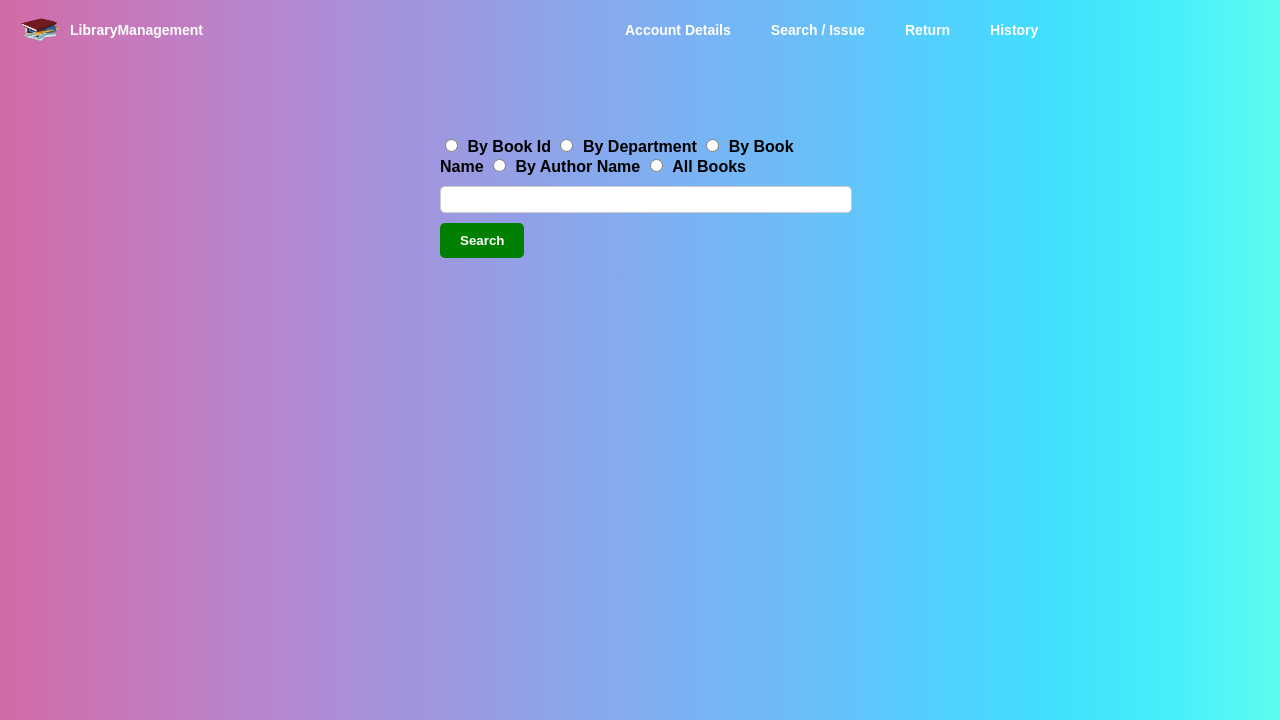
Repository: amitSai12/CMS
Page: http://localhost/LibraryManagementDemo/Search.jsp
An editor plug-in stored every save of this project. The page is shown before and after the next save, followed by the edit.
The browser window is 1280 px wide. The pictures show the whole page.
The page is served by Tomcat 9. Other server files are loaded and not shown.

Above is the page before, as saved 2023-10-01 21:51:27.

### Day1_Thu/LibraryManagementDemo/src/main/webapp/Search.jsp
<%@ page language="java" contentType="text/html; charset=ISO-8859-1"
    pageEncoding="ISO-8859-1"%>
<!DOCTYPE html>
<html>
<head>
<meta charset="ISO-8859-1">
<title>Insert title here</title>
<link rel="stylesheet" href="AllBooks.css">
</head>
<body>
<jsp:include page="Menu.jsp"/>
<br><br>
<form method="get" action="AllBooks.jsp" class="search-form">
  <input type="radio" name="searchtype" value="id" id="byId">
  <label for="byId">By Book Id</label>
  <input type="radio" name="searchtype" value="dept" id="byDept">
  <label for="byDept">By Department</label>
  <input type="radio" name="searchtype" value="bookname" id="byBookName">
  <label for="byBookName">By Book Name</label>
  <input type="radio" name="searchtype" value="authorname" id="byAuthorName">
  <label for="byAuthorName">By Author Name</label>
  <input type="radio" name="searchtype" value="all" id="allBooks">
  <label for="allBooks">All Books</label>
  <label for="searchvalue"></label>
  <input type='text' name='searchvalue' id="searchvalue">
  <input type='submit' value='Search' class="search-button">
</form>

</form>
</body>
</html>

### Day1_Thu/LibraryManagementDemo/src/main/webapp/Menu.jsp
<!DOCTYPE html PUBLIC "-//W3C//DTD HTML 4.01 Transitional//EN" "http://www.w3.org/TR/html4/loose.dtd">
<html>
<head>
<meta http-equiv="Content-Type" content="text/html; charset=ISO-8859-1">
<title>User Account Page</title>
<link rel="stylesheet" href="menu.css">
</head>
<body>


	<div class="logo">
		<img
			src="kisspng-book-clip-art-vector-books-5aa7e41834c997.8769820715209523442162.png"
			alt="Your Logo"> <span class="logo-text">LibraryManagement</span>

	<div class="menu">
		<div class="atwo">
			<a href="AccountDetails.jsp">Account Details</a>
		</div>
		<div class="atwo">
			<a href="Search.jsp">Search / Issue</a>
		</div>
		<div class="atwo">
			<a href="TranBook.jsp">Return</a>
		</div>
		<div class="atwo">
			<a href="History.jsp">History</a>
		</div>
	</div>
	</div>





</body>
</html>

### Day1_Thu/LibraryManagementDemo/src/main/webapp/AllBooks.css
/* Style the table */
table {
    width: 100%;
    border-collapse: collapse;
    border: 1px solid #ddd;
    font-family: Arial, sans-serif;
}

/* Style the table header row */
th {
    background-color: #f2f2f2;
    font-weight: bold;
    text-align: left;
    padding: 10px;
    border-bottom: 2px solid #ddd;
}

/* Style the table data rows */
td {
    padding: 10px;
    text-align: left;
    border-bottom: 1px solid #ddd;
}

/* Style alternate rows with a different background color */
tr:nth-child(even) {
    background-color: #f9f9f9;
}

/* Style the checkbox inputs */
input[type="checkbox"] {
    width: 16px;
    height: 16px;
    margin: 0;
}

/* Style the "NA" cells */
td:empty::before {
    content: "NA";
    color: #999;
}

/* Add hover effect on rows */
tr:hover {
    background-color: #e5e5e5;
}

.search-form {
  font-family: Arial, sans-serif;
  padding: 20px;
  border-radius: 10px;
  max-width: 400px;
  margin: 0 auto;
}

input[type="radio"] {
  margin-right: 5px;
}

label {
  font-weight: bold;
}

#searchvalue {
  width: 100%;
  padding: 5px;
  margin: 10px 0;
  border: 1px solid #ccc;
  border-radius: 5px;
}

.search-button {
  background-color: green;
  color: white;
  border: none;
  padding: 10px 20px;
  font-weight: bold;
  cursor: pointer;
  border-radius: 5px;
}

.search-button:hover {
  background-color: darkgreen;
}

### Day1_Thu/LibraryManagementDemo/src/main/webapp/menu.css
body {
    font-family: Arial, sans-serif;
background-image: linear-gradient(to right, #d16ba5, #c777b9, #ba83ca, #aa8fd8, #9a9ae1, #8aa7ec, #79b3f4, #69bff8, #52cffe, #41dfff, #46eefa, #5ffbf1);
	margin: 0;
    padding: 0;
}

.logo {

    display: flex;
    align-items: center;
    padding: 10px 20px;
    color: white;
    margin-bottom: 20px; /* Adjust margin to create space below the logo */

}

/* Style the logo image */
.logo img {
    width: 40px; /* Adjust the width as needed */
    height: 40px; /* Adjust the height as needed */
    margin-right: 10px; /* Add some spacing between the image and text */
}

/* Style the logo text */
.logo-text {
    font-size: 14px; /* Adjust the font size as needed */
    font-weight: bold; /* Make the text bold */
}

.menu {
	 position: fixed;
    display: flex;
    justify-content: flex-end; /* Move menu to the right top corner */
    padding: 10px 20px; /* Adjust padding as needed */
    border-radius: 31px;
   margin-left: 565px;
}

.menu a {
    text-decoration: none; /* Remove the default underline */
    color: white;
    font-weight: bold;
    padding: 10px 20px;
    border-radius: 5px;
    position: relative; /* Add relative positioning */
    transition: color 0.3s;/* Add transitions for color and background-color */
    font-size: 14px;
}

.menu a-text {
    font-size: 6px; /* Adjust the font size as needed */
    font-weight: bold;
}

.menu a::before {
    content: ""; /* Create an empty pseudo-element */
    position: absolute; /* Set absolute positioning */
    bottom: 0; /* Position it at the bottom */
    left: 10%; /* Align it with the left edge of the link */
    width: 0%; /* Initially, the width is 0% */
    height: 2px; /* Set the height of the underline */
   background-image: linear-gradient(to right, #1b009f, #131d93, #1b2a84, #273273, #323961, #353b57, #393d4d, #3d3e42, #3c3c3f, #3a3a3c, #39393a, #373737); /* Color of the underline */
    transition: width 0.5s ease; /* Add a transition for width */
}

.menu a:hover {
 color:rgb(255, 255, 255);
}

.menu a:hover::before {
    width: 80%; /* Expand the width of the underline on hover */
}



/* Rest of your CSS styles */
/* ... */

/* Style the Issue and Return buttons */
input#issue,
input#return {
    background: linear-gradient(to bottom, rgb(0, 0, 128), rgb(0, 0, 255));
    width: 20%;
    border-radius: 29px;
    color: white;
    height: 40px;
    border: 2px;
    cursor: pointer;
    transition: background-color 0.3s ease;
    font-weight: bold;
}

input#issue:hover,
input#return:hover {
    background: linear-gradient(to bottom, rgb(0, 128, 255), rgb(0, 255, 255));
}

After the next save:
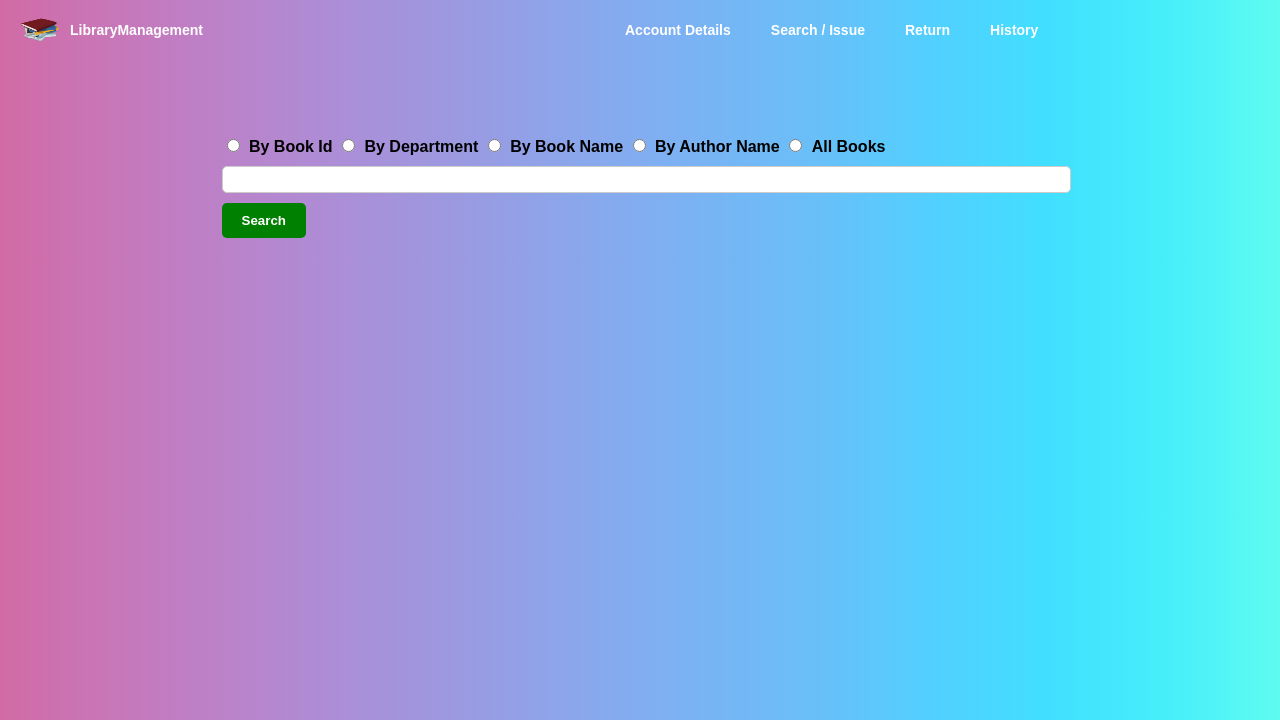
Saved 9 s later.
--- a/Day1_Thu/LibraryManagementDemo/src/main/webapp/AllBooks.css
+++ b/Day1_Thu/LibraryManagementDemo/src/main/webapp/AllBooks.css
@@ -49,7 +49,7 @@ tr:hover {
   font-family: Arial, sans-serif;
   padding: 20px;
   border-radius: 10px;
-  max-width: 400px;
+ width: 837px;
   margin: 0 auto;
 }
 
